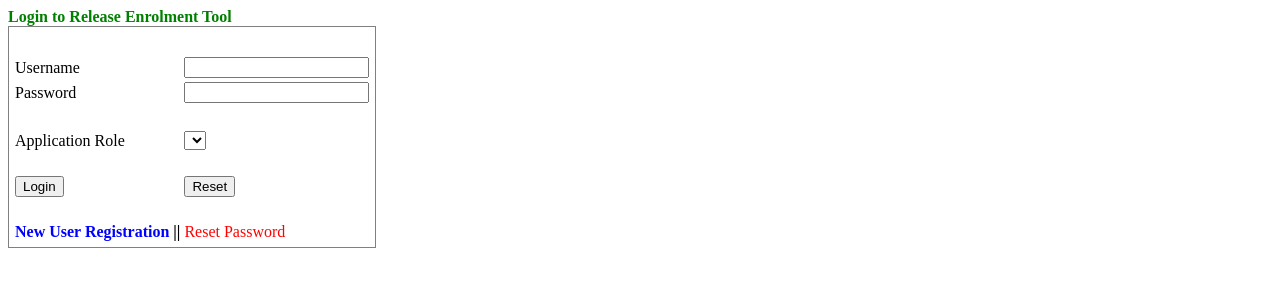
Repository: guribrar/enrolmentapp
Page: http://localhost/enrolmentapp/
The author's editor kept a copy of each file at every save. The page is drawn from the files as they stood at one save, then again after the next save.
The browser window is 1280 px wide. The pictures show the whole page.
The page is served by Tomcat 9. Other server files are loaded and not shown. Queries for data that is not in the repository find no rows.

Above is the page before, as saved 2016-12-31 14:04:44.

### enrolmentapp/WebContent/login.jsp
<%@ page language="java" contentType="text/html; charset=ISO-8859-1"
    pageEncoding="ISO-8859-1"%>

<%@ taglib uri="http://java.sun.com/jsp/jstl/sql" prefix="sql" %>
<%@ taglib uri="http://java.sun.com/jsp/jstl/core" prefix="c" %>

<!DOCTYPE html PUBLIC "-//W3C//DTD HTML 4.01 Transitional//EN" "http://www.w3.org/TR/html4/loose.dtd">

<sql:query var="rs" dataSource="jdbc/enrolmentapp">
select role from enrolmentapp.role
</sql:query>

<html>
<head>
<meta http-equiv="Content-Type" content="text/html; charset=ISO-8859-1">
<title>Release Enrolment Login</title>
</head>
<body>

<form action="LoginServlet" method="post">
<table frame="box">
	<thead> <font color="green"><b>Login to Release Enrolment Tool</b></font></thead>
	<tr>
		<td>
			<table border="0">
				<tr>
					<td>&nbsp;</td>
					<td>&nbsp;</td>
				<tr>
				<tr>
					<td>Username</td>
					<td><input type="text" name="username" value=""></td>
				</tr>
				<tr>
					<td>Password</td>
					<td><input type="password" name="password" value=""></td>
				</tr>
				<%
				if(null!=request.getAttribute("error_code") && request.getAttribute("error_code").toString().equalsIgnoreCase("100")) {
				%>

				<tr>
					<td>&nbsp;</td>
					<td><font color="red"><i>*Invalid login credentials</i></font></td>
				<tr>
				<%
				} else {
				%>
				<tr>
					<td>&nbsp;</td>
					<td>&nbsp;</td>
				<tr>
				<%
				}
				%>
				<tr>
					<td>Application Role</td>
					<td>
						<select name="role">
							<c:forEach var="row" items="${rs.rows}">
    							<option value="${row.role}">${row.role}</option>
							</c:forEach>
						</select>
					</td>
				</tr>
				<%
				if(null!=request.getAttribute("error_code") && request.getAttribute("error_code").toString().equalsIgnoreCase("200")) {
				%>
				<tr>
					<td>&nbsp;</td>
					<td><font color="red"><i>*Invalid Project Role</i></font></td>
				<tr>
				<%
				} else {
				%>
				<tr>
					<td>&nbsp;</td>
					<td>&nbsp;</td>
				</tr>
				<%
				}
				%>
				<tr>
					<td><input type="submit" name="login" value="Login"></td>
					<td><input type="submit" name="reset" value="Reset"></td>
				</tr>
				<tr>
					<td>&nbsp;</td>
					<td>&nbsp;</td>
				<tr>
					<td><font color="blue"> <b>New User Registration</font> ||</b></td>
					<td><font color="red">Reset Password</font></td>
				</tr>
			</table>
		</td>
	</tr>
</table>
</form>
</body>
</html>

After the next save:
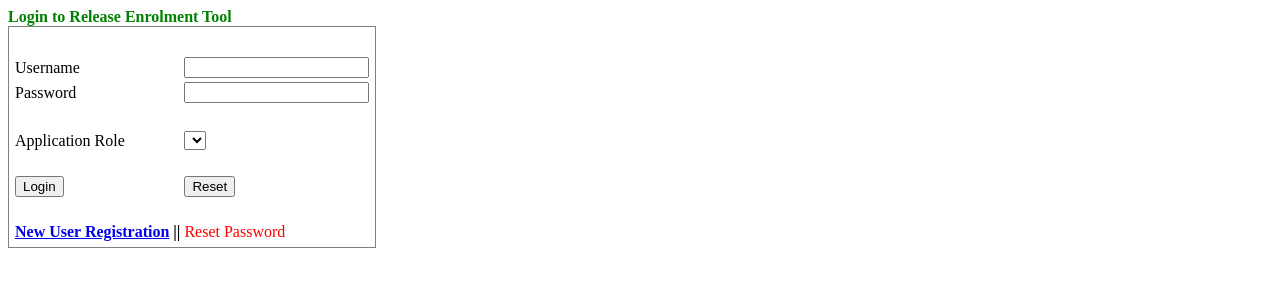
Saved 2 min 48 s later.
--- a/enrolmentapp/WebContent/login.jsp
+++ b/enrolmentapp/WebContent/login.jsp
@@ -88,7 +88,7 @@ select role from enrolmentapp.role
 					<td>&nbsp;</td>
 					<td>&nbsp;</td>
 				<tr>
-					<td><font color="blue"> <b>New User Registration</font> ||</b></td>
+					<td><font color="blue"> <b><a href="newuser.jsp">New User Registration</a></font> ||</b></td>
 					<td><font color="red">Reset Password</font></td>
 				</tr>
 			</table>
